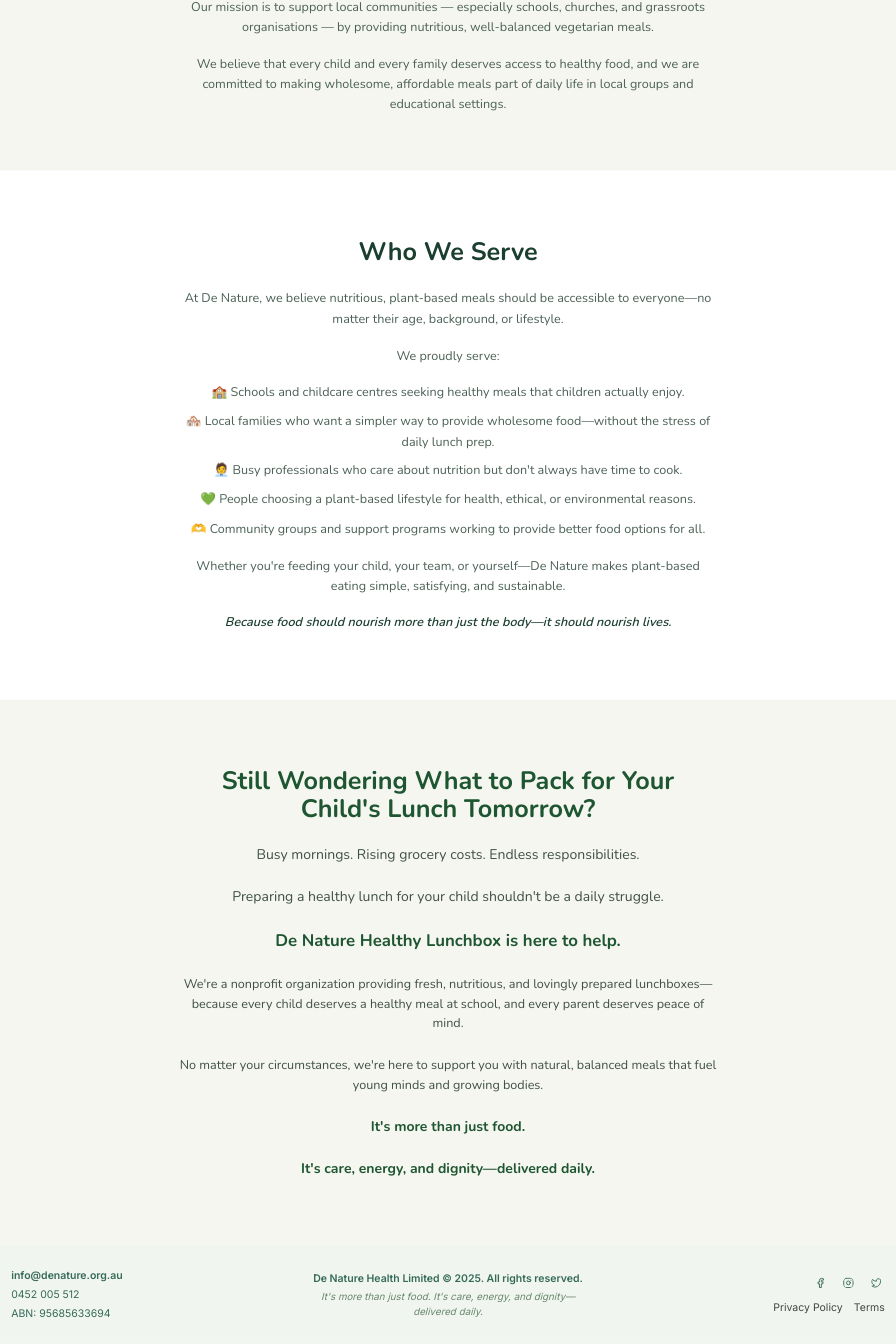
Repository: sunnyyan01/denature-website
Page: /
An editor plug-in stored every save of this project. The page is shown before and after the next save, followed by the edit.
The browser window is 1280 px wide. The pictures show the part of the page from y = 904 to 2824 px (the page is 2824 px tall before and 2044 px after), at 70% of full size.
The project was rebuilt for these pictures with package versions that can differ from the ones it lists, and the page was loaded fresh each time. The framework's server and built-in components were replaced by stand-ins that run in the browser. Also part of the build but not shown: next.config.js.

Above is the page before, as saved 2025-05-16 16:48:48.

After the next save:
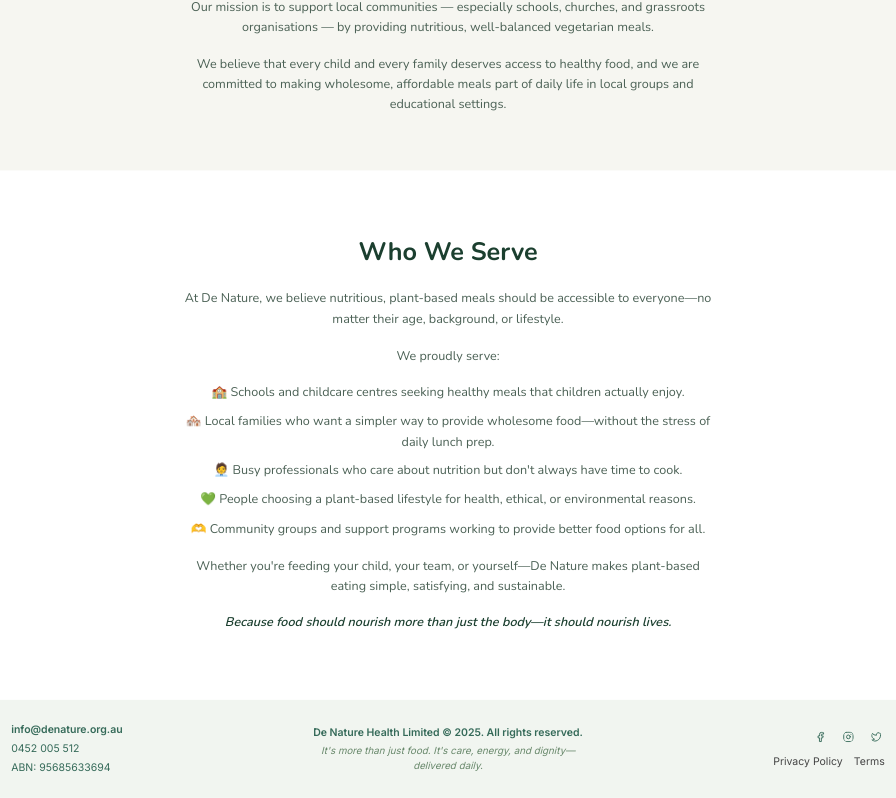
Saved 4 min 31 s later.
--- a/src/app/page.tsx
+++ b/src/app/page.tsx
@@ -86,40 +86,6 @@
           </div>
         </div>
       </section>
-
-      {/* Lunchbox Support Section */}
-      <section className="py-24" style={{ background: '#F6F6F1' }}>
-        <div className="container mx-auto px-4">
-          <div className="max-w-3xl mx-auto">
-            <h2 className="text-4xl font-bold mb-8 text-center" style={{ color: '#1E5631', fontWeight: 700 }}>
-              Still Wondering What to Pack for Your Child's Lunch Tomorrow?
-            </h2>
-            <div className="space-y-8" style={{ color: '#3F5142' }}>
-              <p className="text-center text-xl">
-                Busy mornings. Rising grocery costs. Endless responsibilities.
-              </p>
-              <p className="text-center text-xl">
-                Preparing a healthy lunch for your child shouldn't be a daily struggle.
-              </p>
-              <p className="text-center text-2xl font-bold" style={{ color: '#1E5631' }}>
-                De Nature Healthy Lunchbox is here to help.
-              </p>
-              <p className="text-center text-lg">
-                We're a nonprofit organization providing fresh, nutritious, and lovingly prepared lunchboxes—because every child deserves a healthy meal at school, and every parent deserves peace of mind.
-              </p>
-              <p className="text-center text-lg">
-                No matter your circumstances, we're here to support you with natural, balanced meals that fuel young minds and growing bodies.
-              </p>
-              <p className="text-center text-xl font-bold" style={{ color: '#1E5631' }}>
-                It's more than just food.
-              </p>
-              <p className="text-center text-xl font-bold" style={{ color: '#1E5631' }}>
-                It's care, energy, and dignity—delivered daily.
-              </p>
-            </div>
-          </div>
-        </div>
-      </section>
     </main>
   );
 }

After the save that followed:
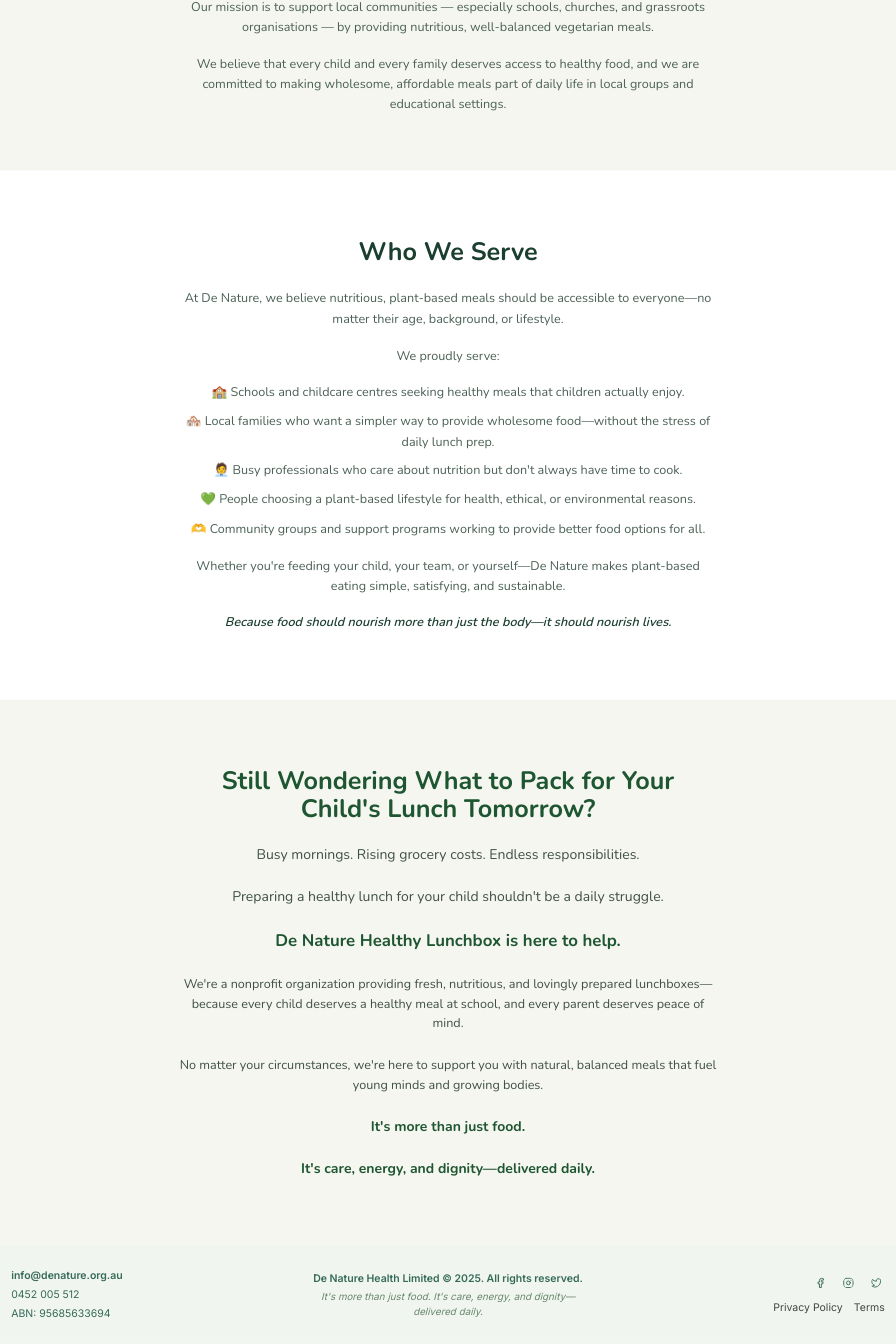
Saved 8 min 18 s later.
--- a/src/app/page.tsx
+++ b/src/app/page.tsx
@@ -86,6 +86,40 @@
           </div>
         </div>
       </section>
+
+      {/* Lunchbox Support Section 恢复 */}
+      <section className="py-24" style={{ background: '#F6F6F1' }}>
+        <div className="container mx-auto px-4">
+          <div className="max-w-3xl mx-auto">
+            <h2 className="text-4xl font-bold mb-8 text-center" style={{ color: '#1E5631', fontWeight: 700 }}>
+              Still Wondering What to Pack for Your Child's Lunch Tomorrow?
+            </h2>
+            <div className="space-y-8" style={{ color: '#3F5142' }}>
+              <p className="text-center text-xl">
+                Busy mornings. Rising grocery costs. Endless responsibilities.
+              </p>
+              <p className="text-center text-xl">
+                Preparing a healthy lunch for your child shouldn't be a daily struggle.
+              </p>
+              <p className="text-center text-2xl font-bold" style={{ color: '#1E5631' }}>
+                De Nature Healthy Lunchbox is here to help.
+              </p>
+              <p className="text-center text-lg">
+                We're a nonprofit organization providing fresh, nutritious, and lovingly prepared lunchboxes—because every child deserves a healthy meal at school, and every parent deserves peace of mind.
+              </p>
+              <p className="text-center text-lg">
+                No matter your circumstances, we're here to support you with natural, balanced meals that fuel young minds and growing bodies.
+              </p>
+              <p className="text-center text-xl font-bold" style={{ color: '#1E5631' }}>
+                It's more than just food.
+              </p>
+              <p className="text-center text-xl font-bold" style={{ color: '#1E5631' }}>
+                It's care, energy, and dignity—delivered daily.
+              </p>
+            </div>
+          </div>
+        </div>
+      </section>
     </main>
   );
 }
